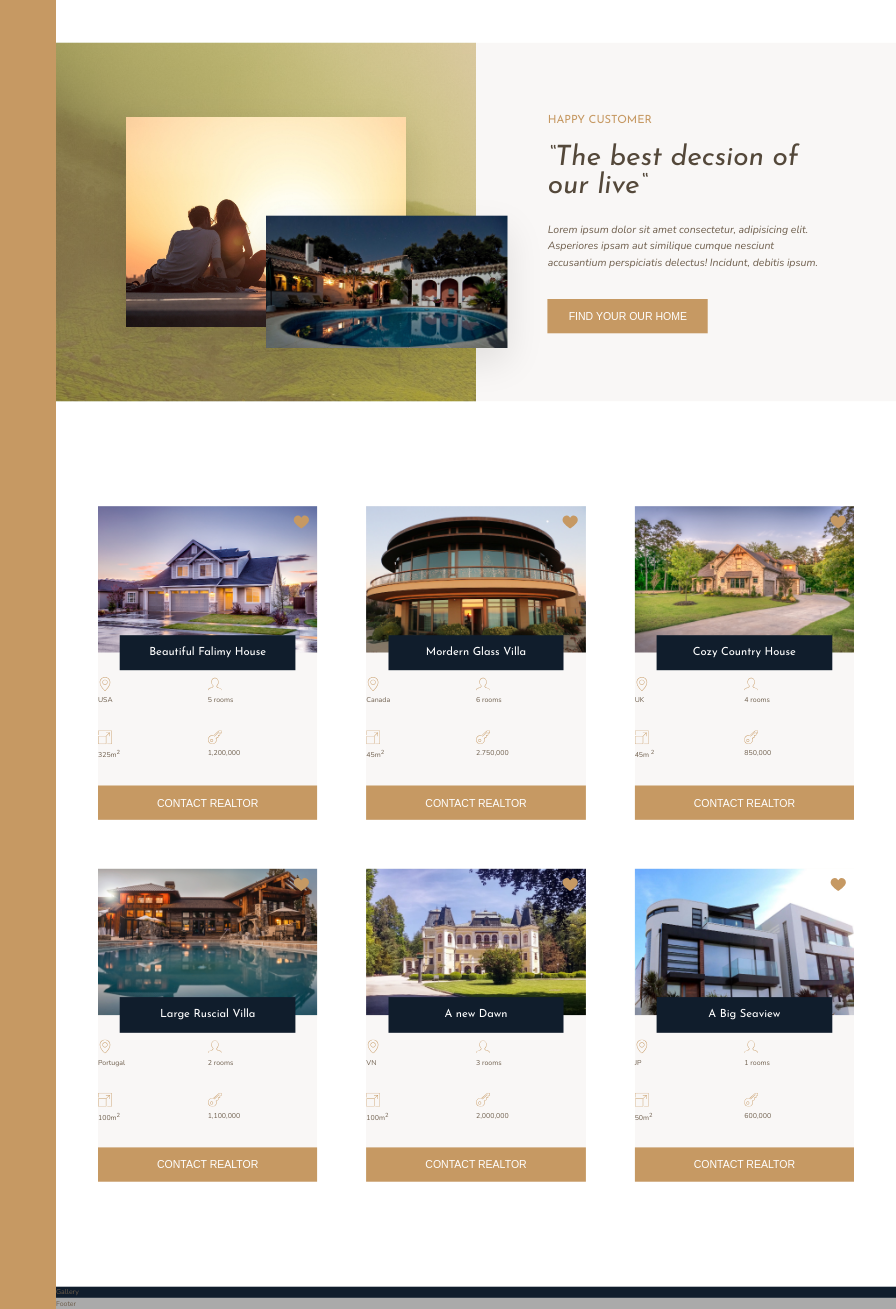
Repository: m2pd/your-home
Page: index.html
An editor plug-in stored every save of this project. The page is shown before and after the next save, followed by the edit.
The browser window is 1280 px wide. The pictures show the part of the page from y = 1183 to 3103 px (the page is 3053 px tall before and 3103 px after), at 70% of full size.
The style sheet was rebuilt from its Sass, Less or Tailwind sources for each picture, by a compiler version that may differ from the author's.

Above is the page before, as saved 2020-03-05 16:23:20.

After the next save:
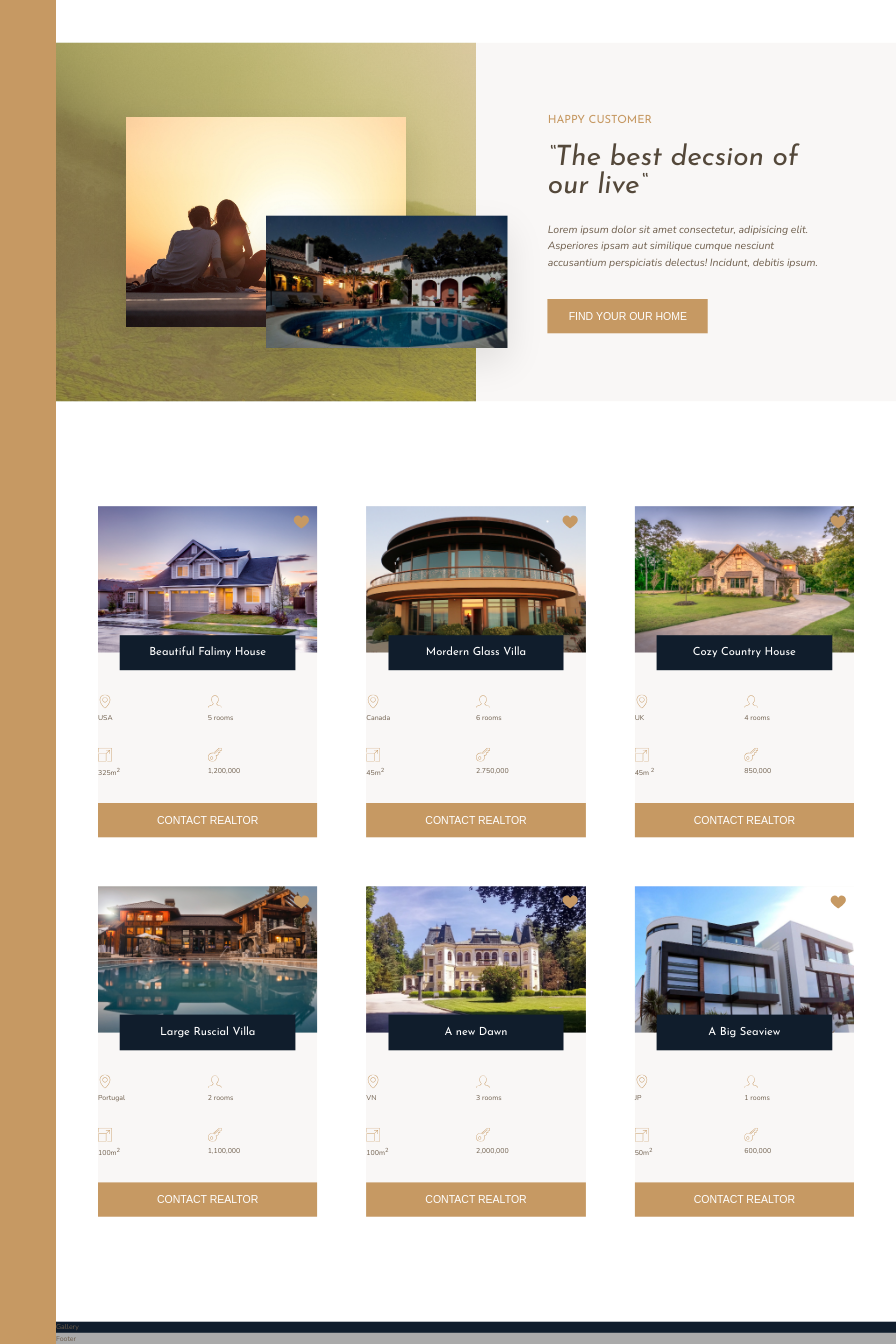
Saved 2 min 8 s later.
--- a/sass/_homes.scss
+++ b/sass/_homes.scss
@@ -52,6 +52,11 @@
     }
 
     &__location,
+    &__rooms{
+        margin-top: 2.5rem;
+    }
+
+    &__location,
     &__rooms,
     &__area,
     &__price{
